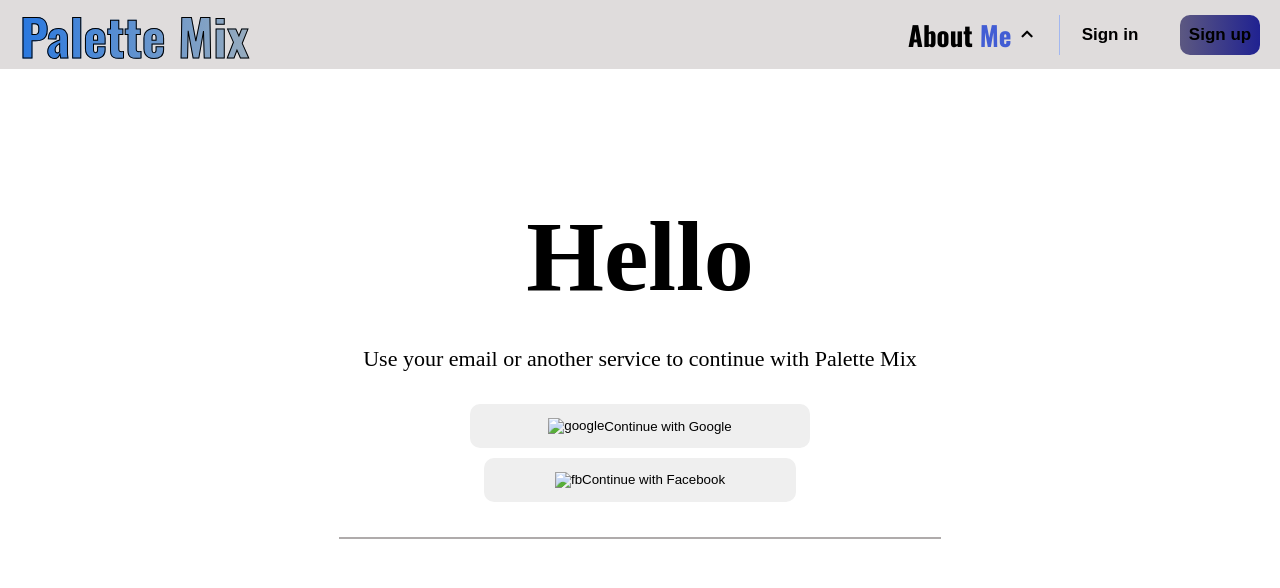
Repository: dmpelaez/Login-Signup-form
Page: Color/colorHeader.html
The author's editor kept a copy of each file at every save. The page is drawn from the files as they stood at one save, then again after the next save.
The browser window is 1280 px wide. The pictures show the window.
A layer covers the whole window, so only the first screen is drawn. Some web libraries are served in a nearby version.

Above is the page before, as saved 2025-12-13 07:30:02.

### Color/colorHeader.html
<!DOCTYPE html>

  <html lang="en" dir="ltr">

    <head>

      <title>Palette Mix</title>
      <!--Style-->
      <link rel="stylesheet" href="colorHeader.css">
      <link rel="stylesheet" href="colorMain.css">
      <link rel="stylesheet" href="https://cdnjs.cloudflare.com/ajax/libs/font-awesome/5.14.0/css/all.min.css">
    </head>
    <body>

      <header class="color-header">
        <!--Title-->
        <a href="colorHeader.html">
          <section id="title" class="color-title">
            Palette Mix
          </section>
        </a>

        <!--End-->

        <!--Right side navigation bar-->
        <section class="navigation-bar">

          <!--About me-->
          <button class="about-me">
           <span class="aboutme">About <span class="me-text">Me</span></span>
           <i class="fas fa-chevron-up"></i>

          </button>

          <!--Login & Signup form-->
          <div class="signin-signup">
            <button class="sign-in">
              Sign in
            </button>
            <button class="sign-up">
              Sign up
            </button>
          </div>
        </section>
        <!--End-->
        <div class="aboutmeSection">
          <div class="sectionAboutme">

            <img class="imageofme" alt="Creator Image" src="WIN_20241001_13_05_33_Pro.jpg">
            <P class="gd">Good day!</P>
            <p class="introduction">
              I am Delmar Galibo Pelaez, 19 years old from Manila, Philippines.
              I am a self-taught programmer who decided to study HTML, CSS and JavaScript to become
              a web developer and I'm hoping to thrive and learn more about on this field to create and serve to others.
            </p>

          </div>

          <div class="aboutThisProject">
            <h2 class="info-project">Palette Mix</h2>
            <p class="infoPalette">
              This project is only created for fun and to challenge myself to create different projects so as to improve skills in web development.
              The creation of Palette Mix started when I'm searching for a project to do because I always hear other programmers that to improve quickly and effieciently --
              you need to create your own projects. Palette Mix is about generating different colors that can be use to mix and create a great layout design for a websites!
            </p>
          </div>

          <div class="connectSection">
            <div class="contacts">
              <h2 class="connect-text">Connect:</h2>
              <a class="githubLink" href="https://github.com/dmpelaez" target="_blank">
                 <img class="github" alt="Github" src="download__1_-removebg-preview.png">
              </a>
              <a class="facebook"  href="#" target="_blank">
                <img class="fb"  alt="Facebook" src="facebook-logo (1).png">
              </a>
            </div>

          </div>

        </div>

        <!--Sign in -->

        <div class="signinPage">

          <div class="signinBox">

            <h1 class="hello-text">Hello</h1>
            <p class="email-account">
              Use your email or another service to continue with Palette Mix
            </p>

            <button class="google">
              <div class="google2">
                <img class="googleImage" alt="google" href="#">
                <p class="continue-text">Continue with Google</p>
              </div>
            </button>
            <button class="fbbutton">
              <div class="fbSection">
                <Img class="fbImage" alt="fb" href="#">
                <p class="continue-text2">Continue with Facebook</p>
              </div>
            </button>
            <div class="line"></div>

          </div>

        </div>


      </header>

      <main class="mainpage">

        <!--Main page-->
        <div class="main-page">

          <section class="title1">

            <h1 class="intro">Your color palettes generator!</h1>

            <h3 class="little-info">Create the perfect palette and get inspired by thousands of beautiful color schemes.</h3>
            <div class="sliding">
              <div class="colors">
              </div>
              <div class="colors2">
              </div>
              <div class="colors3">
              </div>
               <div class="colors4">
              </div>
            </div>

            <div class="colorSearch">
              <input type="color" class="colorbox">
              <Input type="text"  class="textbox">
              <img class="brush" src="brush.png">
              <img class="plate" src="plate.png">
              <img class="board" src="board.png">
                <div class="comment-section">
                  <h3 class="comment-text">Comment Here!</h3>
                  <ul class="comment-list"></ul>
                  <textarea class="comment-input" placeholder="Add Comment here..."></textarea>
                </div>
              </img>

            </div>

            <button class="generator">
              <i class="fas fa-palette"></i>
              Generate
            </button>
          </section>


        </div>

        <div class="theWhole">
          <div class="paletteText">Palette Mix</div>
          <div class="colorGenerator">
          </div>

          <div class="wholeDesign">
          <i id="leftIcon" class="fas fa-angle-left"></i>
              <div class="divBox">

            <!--Design 1-->


            <div class="divScroll">
              <div  class="div1">
                <div id="randomBox1" class="divpage1">
                  <header id="randomBox2" class="headerDiv1">Header</header>
                  <main  id="randomBox3" class="mainDiv1">
                    <div id="randomBox4" class="asideDiv1">Aside</div>
                    <div id="randomBox5" class="frontDiv1">Main</div>
                  </main>
                  <footer id="randomBox7" class="footerDiv1">Footer</footer>
                </div>
              </div>
              <!--Design 2-->
              <div  class="div2">
                <div id="randomBox1" class="divpage2">
                  <header id="randomBox2" class="headerDiv2">Header</header>
                    <div id="randomBox4" class="asideDiv2">Aside</div>
                    <div id="randomBox5" class="frontDiv2">Main</div>
                  <footer id="randomBox7" class="footerDiv2">Footer</footer>
                </div>
              </div>

              <!--Design 3-->

              <div  class="div3">
                <div id="randomBox1" class="divpage3">
                  <header id="randomBox2" class="headerDiv3">Header</header>
                    <div class="navBar">Navigation</div>
                    <div id="randomBox4" class="asideDiv3">Aside</div>
                    <div id="randomBox4" class="asideDiv32">Aside</div>
                    <div id="randomBox5" class="frontDiv3">Main</div>

                  <footer id="randomBox7" class="footerDiv3">Footer</footer>
                </div>
              </div>

            </div>
          </div>
          <i id="rightIcon"class="fas fa-angle-right"></i>



        </div>

        </div>


      </main>


      <script type="module" src="color.js"></script>

    </body>

  </html>

### Color/colorHeader.css
@import url('https://fonts.googleapis.com/css2?family=Anton&family=Oswald:wght@200..700&family=Poppins:ital,wght@0,100;0,200;0,300;0,400;0,500;0,600;0,700;0,800;0,900;1,100;1,200;1,300;1,400;1,500;1,600;1,700;1,800;1,900&family=Roboto:ital,wght@0,100..900;1,100..900&display=swap');

body {
  margin: 0;
  padding: 0;
}

.color-header {
  display: flex;
  justify-content: space-between;
  align-items: center;
  padding-left: 20px;
  padding-right: 20px;
  background: rgb(223, 220, 220);
  box-sizing: border-box;
  position: fixed;
  right: 0;
  left: 0;
  top: 0;
  height: 70px;
  border-bottom: 1px solid gray;
  z-index: 2;
}
@media (max-width: 670px) {
  .color-header {
    gap: 30px;
  }
}

a {
  text-decoration: none;
  flex-shrink: 0;
}

.color-title {
font-family: "Oswald", sans-serif;
font-weight: bold;
display: flex;
height: 50px;
font-size: 50px;
justify-content: start;
align-items: center;
-webkit-text-stroke: 1px black;
background: linear-gradient(90deg, rgb(41, 120, 224), rgb(150, 171, 190));
-webkit-background-clip: text;
-webkit-text-fill-color: transparent;
transition: all 0.3s ease;
cursor: pointer;
flex-shrink: 0;
}




.navigation-bar {
  display: Flex;
  justify-content: space-between;
  align-items: center;
  gap: 20px;
  height: 50px;
}
.signin-signup {
  display: Flex;
  border-left: 1px solid rgb(162, 183, 240);
  justify-content: space-between;
  align-items: center;
  gap: 30px;
  height: 40px;
  padding-left: 10px;
}

.sign-up {
  height: 40px;
  width: 80px;
  border-radius: 10px;
  border: none;
  background: transparent;
  color: black;
  font-family: arial;
  font-weight: bold;
  font-size: 17px;
  cursor: pointer;
  background: linear-gradient(90deg, rgb(92, 88, 129), rgb(32, 34, 145));
}
.sign-in {
  height: 40px;
  width: 80px;
  border-radius: 10px;
  border: none;
  background: transparent;
  color: black;
  font-family: arial;
  font-weight: bold;
  font-size: 17px;
  cursor: pointer;

}
.sign-in:hover,
.sign-up:hover {
background: linear-gradient(90deg, rgb(92, 88, 129), rgb(32, 34, 145));
  color: white;
}
.about-me {
  display: flex;
  justify-content: space-evenly;
  height: 40px;
  align-items: center;
  background-color: transparent;
  border: none;
  cursor: pointer;
  border-radius: 5px;
  flex-shrink: 0;
}
.about-me:hover {
  color: white;
  background: linear-gradient(90deg, rgb(92, 88, 129), rgb(32, 34, 145));
}
.aboutme {
  font-weight: bold;
  font-size: 27px;
  font-family: "Oswald";

}

.me-text {
  margin-right: 10px;
  color: rgb(66, 93, 212);
}

### Color/colorMain.css
@import url('https://fonts.googleapis.com/css2?family=Anton&family=Luckiest+Guy&family=Oswald:wght@200..700&family=Poppins:ital,wght@0,100;0,200;0,300;0,400;0,500;0,600;0,700;0,800;0,900;1,100;1,200;1,300;1,400;1,500;1,600;1,700;1,800;1,900&family=Roboto:ital,wght@0,100..900;1,100..900&display=swap');

body {
  height: 1580px;
}

.mainpage {
margin-top: 70px;
display: grid;
max-width: 1900px;
flex-shrink: 0;
position: relative;
}



.main-page {

}
.intro {
  font-weight: bold;
  font-size: 95px;
  white-space: wrap;
  font-family: "Oswald";
  flex-shrink: 0;
  display: flex;
  margin: 0px;
}


.aboutmeSection {
  display: grid;
  position: absolute;
  border: 1px solid black;
  background-color: rgb(39, 37, 37);
  left: 0;
  top: 100%;
  right: 0%;
  border-top: none;
  height: 0px;
  opacity: 1;
  justify-content: space-between;
  align-items: center;
  grid-template-columns: 1fr 1fr;
  grid-template-rows: 1fr 100px;
  overflow: hidden;
  transition: height 0.3s ease;
}


.aboutmeSection.btnDown {
  display: grid;
  opacity: 1;
  height: 520px;
  transition: height 0.3s ease;
}


.sectionAboutme {
  display: flex;
  height: 200px;
  justify-content: center;
 align-items: center;
 position: relative;
 gap: 20px;
 padding-left: 40px;
}
.imageofme {
  width: 350px;
  height: 350px;
  object-fit: cover;
  border-radius: 50%;
  display: flex;
}
.introduction {
  width: 350px;
  font-family: "Oswald";
  color: white;
  display: flex;
}
.connectSection {
  grid-column: 1 / 2 span;
  display: flex;
  background: linear-gradient(90deg, rgb(92, 88, 129), rgb(32, 34, 145));
}
.contacts {
  display: flex;
  padding-left: 20px;
  align-items: center;
}
.gd {
  font-weight: bold;
  font-size: 40px;
  white-space: nowrap;
  position: absolute;
  display: flex;
  top: -90px;
  left: 410px;
  color: white;
  font-family: "Oswald";
}

.fb {
  width: 20px;
  display: flex;
  margin-left: 20px;
}
.github {
  width: 45px;
  margin-left: 20px;
  display: flex;
}
.connect-text {
  font-family: "Oswald";
  font-size: 15px;
  display: flex;
}
.info-project {
  color: white;
  font-weight: bold;
  font-family: "Oswald";
  font-size: 40px;
  margin: 0px;
  display: flex;
  margin-right: 120px;
}
.aboutThisProject {
  display: flex;
  flex-direction: column;
  justify-content: center;
  align-items: center;
  margin-bottom: 40px;
}
.infoPalette {
  color: white;
  font-family: "Oswald";
  width: 400px;
  display: flex;
}



.title1 {
  display: flex;
  flex-direction: column;
    width: 100%;
  height: 800px;
  justify-content: start;
  position: relative;
  padding-top: 50px;
  align-items: center;
 background: linear-gradient(90deg, rgb(92, 88, 129), rgb(32, 34, 145));
 transition: background 6s ease;

}


.animate-gradient {
  animation: gradientShift 6s infinite alternate;
}

.little-info {

  font-size: 19px;
  color: rgb(0, 0, 0);
  font-family: "Poppins";
}

.letters {
  display: inline-block;
  margin: 2px;
}

.letters:hover {
  cursor: pointer;
  transition: text-shadow 0.3s ease;

  animation: wiggle 0.2s infinite alternate;
}


@keyframes wiggle {
  from {transform: translateX(0);}
  to {transform: translateX(-10px);}
}
.colors,
.colors2,
.colors3,
.colors4  {
  display: flex;

   width: 500px;
  height: 150px;
  justify-content: center;

   gap: 10px;
}
.colors div,
.colors2 div,
.colors3 div,
.colors4 div {
  display: Flex;
  height: 145px;
  flex-direction: row;
  width: 200px;
  justify-content: center;
}
.box {
  display: Flex;
  align-items: center;
  justify-content: center;
  font-weight: bold;
  font-size: 19px;
  text-transform: uppercase;
  cursor: pointer;

  border-radius: 10px;
}
.sliding {

  height: 250px;
 position: relative;
 overflow: hidden;
 margin-bottom: 20px;
}
.colors,
.colors2,
.colors3,
.colors4 {
  animation: scrollUp 6s linear infinite;

}


@keyframes scrollUp {
  0%   { transform: translateY(0); }
  25%   { transform: translateY(-50%); }
  50%   { transform: translateY(-100%); }
  75%   { transform: translateY(-150%); }
  100% { transform: translateY(-205%); }
}

.colorSearch {
  display: Flex;
  position: relative;
}
.brush {
  position: absolute;
  width: 300px;
  object-fit: cover;
  z-index: 1;
  top: -250px;
  right: -580px;
  pointer-events: none;
}
.plate {
  position: absolute;
  width: 200px;
  left: -350px;
  top: -70px;


}
.board {
  position: absolute;
  width: 600px;
  top: -330px;
  left: 230px;
  pointer-events: none;
}

.comment-section {
  position: absolute;
  right: -394px;
  bottom: -20%;
  display: flex;
  flex-direction: column;
  height: 250px;
  justify-content: end;
  text-align: center;

}
.comment-list {
position: absolute;
bottom: 10%;
display: flex;
align-items: left;
justify-content: start;

gap: 10px;
height: 140px;
width: 189px;
padding: 0;
left: -16px;
flex-direction: column;
overflow-y: scroll;
padding-left: 10px;
}
.comment-text {
  margin: 0px;
  Position: absolute;
  top: 45px;
  left: 20px;
  white-space: nowrap;
}
.comment-input {
display: flex;
position: initial;
padding-left: 10px;
text-align: middle;
align-items: center;
justify-content: center;
border-radius: 10px;
outline: none;
}
.comments {
  display: flex;
  justify-content: start;
  text-align: left;
  width: 160px;
  white-space: normal;
  word-wrap: break-word;
  word-break: break-all;
  overflow-wrap: break-word;
  border: 1px solid gray;
  padding: 10px;
  padding-right: 0px;
}


.generator {
  display: flex;
  background: blue;
  border: none;
  border-radius: 50px;
  height: 50px;
  align-items: center;
  justify-content: center;
  margin-top: 20px;
  width: 200px;
  font-family: "Oswald";
  font-size: 20px;
  color: white;
  cursor: pointer;
}
.generator i {
  margin-right: 10px;
}

.colorGenerator {
  display: flex;


  height: 200px;
  width: 100%;
  align-self: center;
 justify-self: center;
 align-items: center;
 justify-content: center;
 gap: 10px;

}
.generateColor {
  display: flex;
  border-width: 1px;
  border-radius: solid;
  width: 200px;
  height: 100px;
  justify-content: center;
  align-items: center;
  cursor: pointer;
  color: black;
}

.paletteText {
  font-weight: bold;
  font-family: "Oswald";
  font-size: 60px;
  position: absolute;
  left: 42%;
  top: 0;
  right: 50%;
  white-space: nowrap;
  top: 10px;

}

.theWhole {
  height: 100vh;
  display: flex;
  flex-direction: column;
  justify-content: center;
  align-items: center;
  position: relative;
 background: linear-gradient(90deg, rgb(92, 88, 129), rgb(32, 34, 145));
}

.divBox {
  border: 1px solid black;
  height: 400px;
  width: 600px;
  display: flex;
  align-items: center;
  justify-content: center;
  align-self: center;
  justify-self: center;
  gap: 20px;
  background-color: white;
  overflow-x: auto;
  scroll-behavior: smooth;
  position: relative;
}
.divBox::-webkit-scrollbar {
  display: none;
}
.wholeDesign {
  display: flex;
  justify-content: center;
  align-items: center;
  margin-bottom: 20px;
}


.divBox i {
  cursor: pointer;
  margin-right: 10px;
  margin-left: 10px;

}

.divScroll {
  display: flex;
  justify-content: space-evenly;
  height: 90%;
  min-width: 90%;
  position: absolute;
  left: 20px;
  background-color: white;
  gap: 30px;

}

.div1{
  display: grid;
  border: 1px solid black;
  min-height: 90%;
  width: 550px;
  flex-direction: column;
  z-index: 1;


}


.div2 {
 display: grid;
  border: 1px solid black;
  min-height: 90%;
  width: 550px;
  flex-direction: column;
  z-index: 1;

}
.div3 {
  display: grid;
  border: 1px solid black;
  min-height: 90%;
  width: 550px;
  flex-direction: column;
  z-index: 1;
  margin-right: 20px;

}





.divpage1 {
  display: flex;
   z-index: 2;
   flex-direction: column;
  height: 100%;
  min-width: 100%;
  justify-content: space-between;
  align-items: center;

}

.headerDiv1 {
  display: flex;
  align-items: center;
  justify-content: center;
  height: 40px;
  border: 1px solid black;
  min-width: 95%;
  margin-top: 5px;
  z-index: 2;
  background-color: white;
}
.mainDiv1{
  display: flex;
   z-index: 2;
  height: 70%;
  min-width: 95%;
  justify-content: space-between;

}
.footerDiv1 {
  display: flex;
  border: 1px solid black;
  min-width: 95%;
  justify-content: center;
  height: 10%;
  align-items: center;
  margin-bottom: 5px;
    z-index: 2;
    background-color: white;
}
.asideDiv1 {
  border: 1px solid black;
  min-width: 30%;
  display: flex;
  align-items: center;
  justify-content: center;
  z-index: 2;
  background-color: white;
}
.frontDiv1 {
  display: flex;
  border: 1px solid black;
  min-width: 65%;
  justify-content: center;
  align-items: center;
  z-index: 2;
  background-color: white;
}





.divpage2 {
  display: grid;
grid-template-columns: 150px 1fr 1fr 1fr;
grid-template-rows: 150px 1fr 1fr 1fr;
row-gap: 10px;
column-gap: 10px;
margin: 10px;
}
.headerDiv2 {
  grid-row: 1 / 3 span;
  display: flex;
  justify-content: center;
  align-items: center;
  border: 1px solid black;
  background-color: white;
}

.footerDiv2 {
  grid-row: 4 / 1 span;
  grid-column: 4 span;
  display: flex;
  justify-content: center;
  align-items: center;
  border: 1px solid black;
  background-color: white;
}


.frontDiv2 {
grid-column: 2 / 3 span;
grid-row: 1 / 2 span;
display: flex;
justify-content: center;
align-items: center;
border: 1px solid black;
background-color: white;
}
.asideDiv2 {
  grid-column: 2 / 3 span;
  display: flex;
  justify-content: center;
  align-items: center;
  border: 1px solid black;
  background-color: white;
}




.divpage3 {
  display: grid;
  grid-template-columns: 150px 1fr 150px;
  grid-template-rows: 50px 40px 1fr 1fr 40px;
  row-gap: 10px;
  column-gap: 10px;
  margin: 10px;

}
.headerDiv3 {
  grid-column: 1 / 3 span;
  display: flex;
  justify-content: center;
  align-items: center;
  border: 1px solid black;
  background-color: white;
}
.navBar {
  grid-column: 1 / 3 span;
  display: flex;
  justify-content: center;
  align-items: center;
  border: 1px solid black;
background-color: white;
}
.asideDiv3 {
  display: flex;
  border: 1px solid black;
  justify-content: center;
  align-items: center;
background-color: white;
}
.asideDiv32 {
  display: Flex;
  border: 1px black solid;
  grid-row: 4;
  justify-content: center;
  align-items: center;
  background-color: white;
}
.frontDiv3 {
  display: flex;
  justify-content: center;
  align-items: center;
  border: 1px solid black;
  grid-row: 3 / 2 span;
  grid-column: 2 / 2 span;
  background-color: white;
}
.footerDiv3 {
  display: Flex;
  align-items: center;
  justify-content: center;
  border: 1px solid black;
  grid-column: 1 / 3 span;
  background-color: white;
}




#leftIcon {
  cursor: pointer;
  color: white;
  margin-right: 20px;
  padding: 20px;
}
#rightIcon {
  cursor: pointer;
  margin-left: 20px;
  padding: 20px;
 color: white;
}


.signinPage {
  position: absolute;
  top: 100%;
  height: 100vh;
  left: 0;
  right: 0;
  background: white;
  display: flex;
  justify-content: center;
  padding-top: 100px;

}

.signinBox {
  display: flex;
  flex-direction: column;
  width: 600px;
  height: 400px;
  justify-content: center;
  align-items: center;
  gap: 10px;
}
.google {
  display: flex;
  flex-direction: row;
  padding-left: 20px;
  padding-right: 20px;
  border-radius: 10px;
  border: none;
  align-items: center;
  justify-content: center;

}
.google2 {
  display: flex;
  align-items: center;
 width: 300px;
 justify-content: center;
}
.continue-text {
justify-content: space-between;
}
.hello-text {
  display: inline-block;
  margin: 0px;
  font-size: 100px;
}
.email-account {
  font-size: 22px;

}
.fbbutton {
  display: flex;
  border-radius: 10px;
  border: none;

}
.fbSection {
  display: Flex;
  align-items: center;
  justify-content: center;
  width: 300px;

}
.line {
  display: flex;
  border: 1px solid rgb(175, 171, 171);
  height: 0px;
  align-items: center;
  background-color: white;
  width: 600px;
  justify-content: center;
  margin-top: 25px;
}

Loaded but not shown: Color/color.js (475 lines, source omitted)

After the next save:
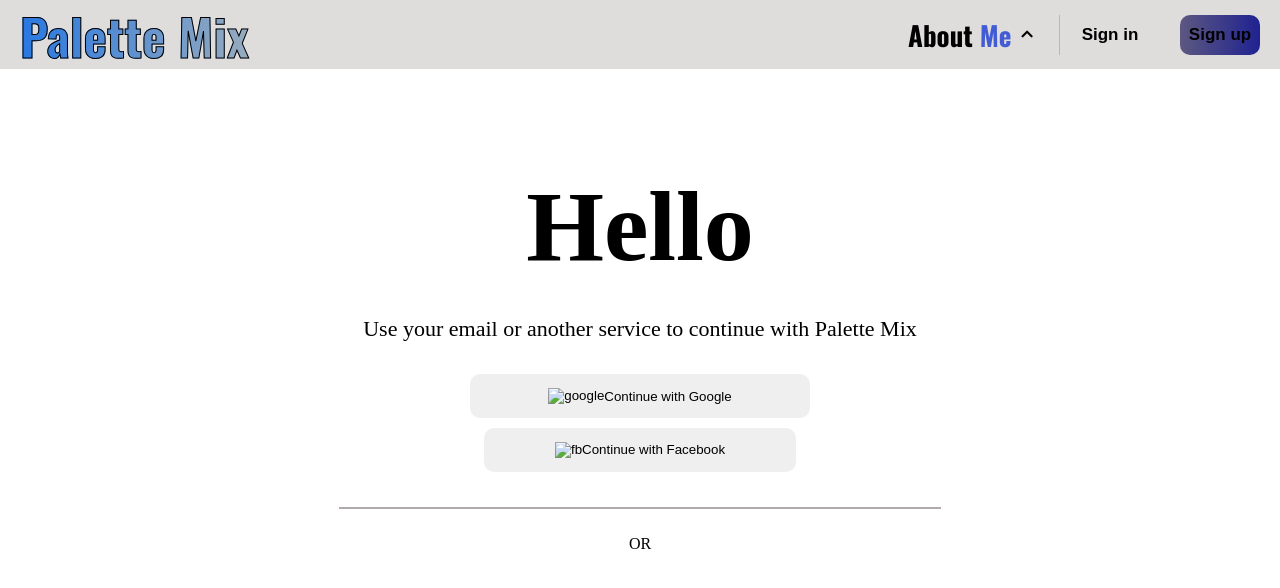
Saved 8 s later.
--- a/Color/colorHeader.html
+++ b/Color/colorHeader.html
@@ -104,7 +104,7 @@
               </div>
             </button>
             <div class="line"></div>
-
+            <p class="or-text">OR</p>
           </div>
 
         </div>

After the save that followed:
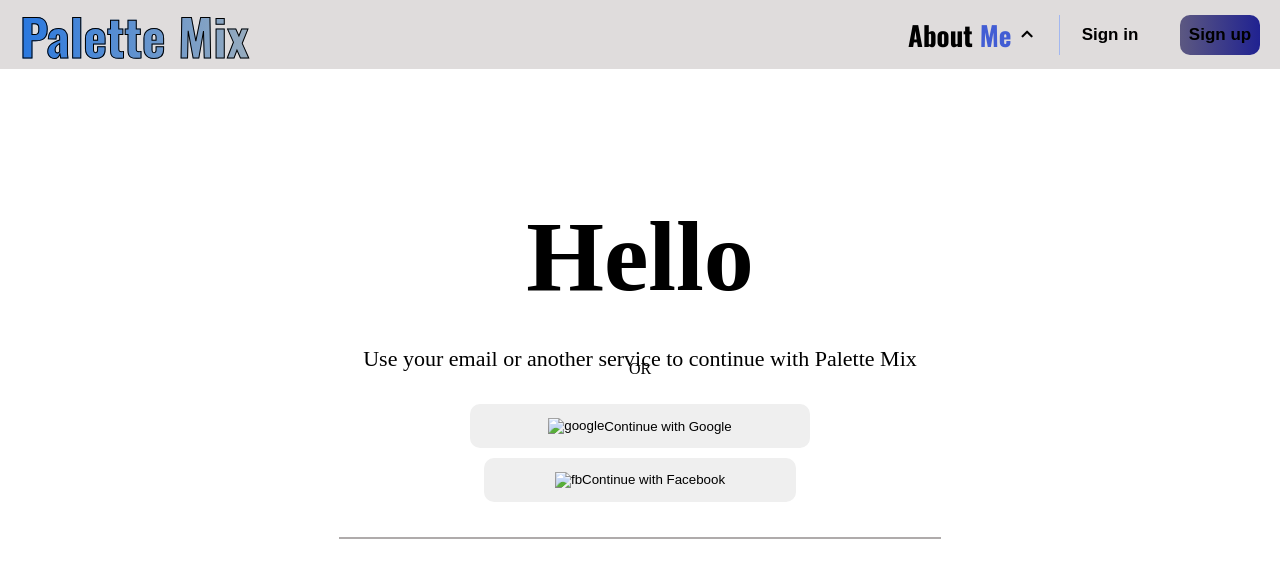
Saved 19 s later.
--- a/Color/colorMain.css
+++ b/Color/colorMain.css
@@ -738,3 +738,6 @@ justify-content: space-between;
   justify-content: center;
   margin-top: 25px;
 }
+.or-text {
+  position: absolute;
+}
